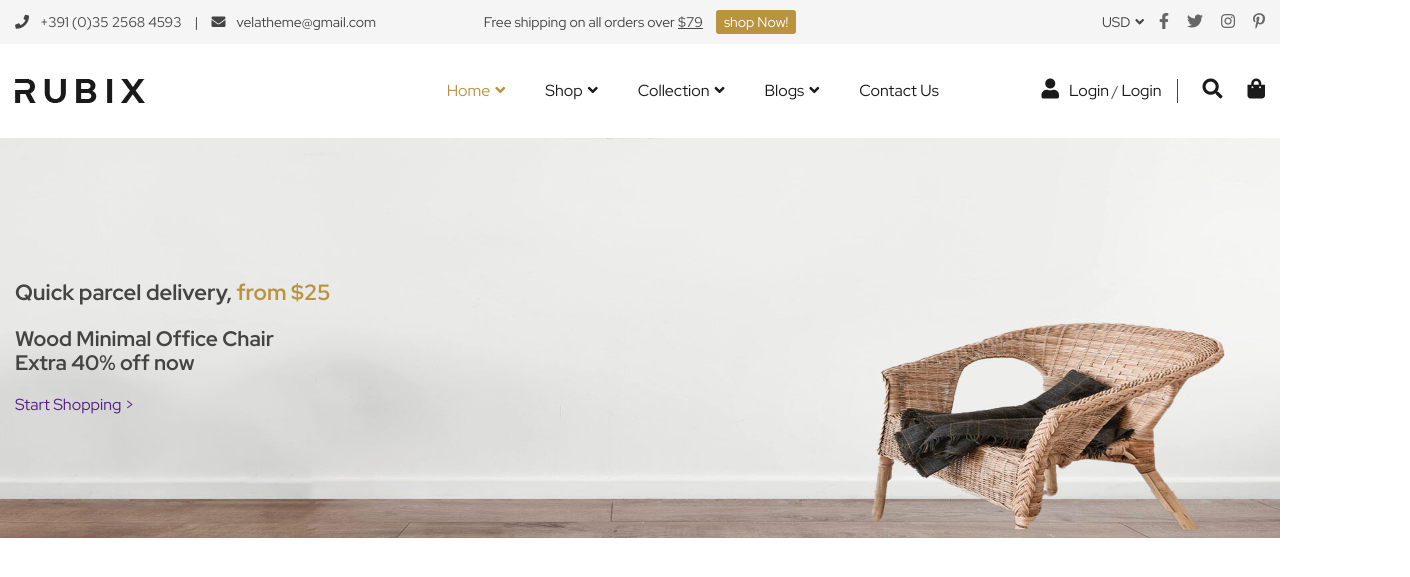
Repository: ldminh95/Gin-velademo
Page: index.html
These files come from the project's save history. The page is drawn as it stood at one moment and after the next save; the edit follows.
The browser window is 1280 px wide. The page is 1410 px wide, so the pictures cover 1410 px, including what lies to the right of the window. The pictures show the whole page.
The style sheet was rebuilt from its Sass, Less or Tailwind sources for each picture, by a compiler version that may differ from the author's.

Above is the page before, as saved 2023-05-28 11:11:47.

### index.html
<!DOCTYPE html>
<html lang="en">
<head>
    <meta charset="UTF-8">
    <meta http-equiv="X-UA-Compatible" content="IE=edge">
    <meta name="viewport" content="width=device-width, initial-scale=1.0">
    <title>velademo-rubix</title>
    <link rel="stylesheet" href="https://cdnjs.cloudflare.com/ajax/libs/font-awesome/5.15.4/css/all.min.css">
    <link rel="stylesheet" type="text/css" href="/css/style.css">
</head>
<body>
    <div class="Overview">
        <div class="headerTop box_flex">
            <div class="headerTop_box-Left col-m3 pd15">
                <i class="fas fa-phone"></i>
                +391 (0)35 2568 4593
                <span class="mr10">|</span>
                <i class="fas fa-envelope"></i>
                velatheme@gmail.com
            </div>
            <div class="headerTop_box-Center col-m3 pd15">
                Free shipping on all orders over <u>$79</u>
                <a href="#" class="bg_primary">shop Now!</a>
            </div>
            <div class="headerTop_box-Right col-m3 box_flex pd15">
                <div class="gin-currency">
                    <div class="gin-currency-title">USD<i class="fas fa-angle-down"></i></div>
                    <div class="gin-currency-dropdown">
                        <div class="currency-item active">USD</div>
                        <div class="currency-item">INR</div>
                        <div class="currency-item">GBP</div>
                        <div class="currency-item">CAD</div>
                        <div class="currency-item">AUD</div>
                        <div class="currency-item">EUR</div>
                        <div class="currency-item">JPY</div>
                    </div>
                </div>
                <div class="gin-link">
                    <a href="#" target="_blank"><i class="fab fa-facebook-f"></i></a>
                    <a href="#" target="_blank"><i class="fab fa-twitter"></i></a>
                    <a href="#" target="_blank"><i class="fab fa-instagram"></i></a>
                    <a href="#" target="_blank"><i class="fab fa-pinterest-p"></i></a>
                </div>
            </div>
        </div>
        <header class="headerMenu">
            <section class="box_flex">
                <div class="header_Left col-m3 pd15">
                    <img src="./images/logo.png" alt="">
                </div>
                <div class="header_Center col-m3 pd15">
                    <div class="gin_menu">
                        <ul class="box_flex">
                            <li class="active">
                                <a href="">Home<i class="fas fa-angle-down"></i></a>
                                <ul class="gin_menu-second">
                                    <li><a href="">Home01</a></li>
                                    <li><a href="">Home02</a></li>
                                    <li><a href="">Home03</a></li>
                                    <li><a href="">Home04</a></li>
                                    <li><a href="">Home05</a></li>
                                    <li><a href="">Home06</a></li>
                                </ul>
                            </li>
                            <li>
                                <a href="">Shop<i class="fas fa-angle-down"></i></a>
                                <ul class="gin_menu-second">
                                    <li><a href="">Home01</a></li>
                                    <li><a href="">Home02</a></li>
                                    <li><a href="">Home03</a></li>
                                    <li><a href="">Home04</a></li>
                                    <li><a href="">Home05</a></li>
                                    <li><a href="">Home06</a></li>
                                </ul>
                            </li>
                            <li>
                                <a href="">Collection<i class="fas fa-angle-down"></i></a>
                                <ul class="gin_menu-second">
                                    <li><a href="">Home01</a></li>
                                    <li><a href="">Home02</a></li>
                                    <li><a href="">Home03</a></li>
                                    <li><a href="">Home04</a></li>
                                    <li><a href="">Home05</a></li>
                                    <li><a href="">Home06</a></li>
                                </ul>
                            </li>
                            <li>
                                <a href="">Blogs<i class="fas fa-angle-down"></i></a>
                                <ul class="gin_menu-second">
                                    <li><a href="">Home01</a></li>
                                    <li><a href="">Home02</a></li>
                                    <li><a href="">Home03</a></li>
                                    <li><a href="">Home04</a></li>
                                    <li><a href="">Home05</a></li>
                                    <li><a href="">Home06</a></li>
                                </ul>
                            </li>
                            <li>
                                <a href="">Contact Us</a>
                                <ul class="gin_menu-second">
                                    <li><a href="">Home01</a></li>
                                    <li><a href="">Home02</a></li>
                                    <li><a href="">Home03</a></li>
                                    <li><a href="">Home04</a></li>
                                    <li><a href="">Home05</a></li>
                                    <li><a href="">Home06</a></li>
                                </ul>
                            </li>
                        </ul>
                    </div>
                </div>
                <div class="header_Right col-m3 pd15 box_flex">
                    <div class="header_Right-account box_flex">
                        <a href=""><i class="fas fa-user"></i></a>
                        <ul>
                            <li><a href="">Login</a></li>
                            <span>/</span>
                            <li><a href="">Login</a></li>
                        </ul>
                    </div>
                    <div class="header_Right-search">
                        <a href=""><i class="fas fa-search"></i></a>
                    </div>
                    <div class="header_Right-cart">
                        <a href=""><i class="fas fa-shopping-bag"></i></a>
                    </div>
                </div>
            </section>
        </header>
        <div class="MainContent">
            <div class="gin_slideshow">
                <div class="slide_item">
                    <div class="slide_item-bg">
                        <img src="./images/index_bg01.jpg" alt="ghế tại ginshop">
                        <div class="wrapper">
                            <div class="slide_item-content">
                                <p>Quick parcel delivery, <span>from $25</span></p>
                                <h2>Wood Minimal Office Chair<br>Extra 40% off now</h2>
                                <a href="">Start Shopping ></a>
                            </div>
                        </div>
                    </div>
                </div>
            </div>
        </div>
    </div>
</body>
</html>

### css/googleFont.css
@import url('https://fonts.googleapis.com/css2?family=Red+Hat+Display:ital,wght@0,300;0,400;0,500;0,600;0,700;0,800;0,900;1,300;1,400;1,500;1,600;1,700;1,800;1,900&display=swap');


:root {
    --f-red-hat: 'Red Hat Display', sans-serif;
}

### css/base.css
:root {
    --gin-font: 14px;
    --color-primary: #ba933e;
    --body-bg: #fff;
    --text-color-primary: #444444;
    --text-color-second: #1a1a1a;
    --text-color-banner: #666666;
    --topbar-bg-color: #f5f5f5;
    --font-icon: 'FontAwesome';
}
body {
    box-sizing: border-box;
    font-family: var(--f-red-hat);
    font-size: var(--gin-font);
    padding: 0;
    margin: 0;
    font-weight: 400;
    line-height: 24px;
    color: var(--text-color-primary);
}
a {
    font-size: calc(var(--gin-font) + 2px);
    text-decoration: none;
}
li {
    list-style-type: none;
}
ul {
    padding: 0;
    margin: 0;
}
img {
    max-width: 100%;
    display: block;
}
.box_flex {
    display: -webkit-flex;
    display: flex;
    align-items: center;
}

.col-m3 {
    width: 33.3333%;
}

/* ================================ */
/* Gin core */
/* ================================ */


/* margin */
.mr10 {
    margin: 0 10px;
}
.pd15 {
    padding: 0 15px;
}

### scss/style.scss
@import "googleFont.css";
@import "base.css";

.Overview {
    margin: 0 auto;
}

.headerTop {
    width: 100%;
    background: var(--topbar-bg-color);
    padding: 10px 0;
    &_box {
        &-Left {
            .fas {
                margin-right: 8px;
            }
        }
        &-Center {
            text-align: center;
            .bg_primary {
                background-color: var(--color-primary);
                color: #fff;
                padding: 0 8px;
                border-radius: 3px;
                margin-left: 10px;
                font-size: var(--gin-font);
                display: inline-block;
                &:hover {
                    background: #947531;
                }
            }
        }
        &-Right {
            justify-content: flex-end;
            .gin {
                &-currency {
                    position: relative;
                    cursor: pointer;
                    &-dropdown {
                        position: absolute;
                        display: none;
                        .currency-item {
                            padding: 5px 0;
                            &.active {
                                color: var(--color-primary);
                            }
                            &:hover {
                                color: var(--color-primary);
                                cursor: pointer;
                            }
                        }
                    }
                    i {
                        margin-left: 5px;
                    }
                    &:hover {
                        .gin-currency-dropdown {
                            display: block;
                            border: 1px solid rgba(0,0,0,0.15);
                            border-radius: 3px;
                            background-color: #fff;
                            padding: 5px 20px;
                            top: 100%;
                            font-size: calc(var(--gin-font) + 2px);
                            right: 0;
                            box-shadow: 0 6px 12px #0000002d;
                        }
                    }
                }
                &-link {
                    a {
                        margin-left: 15px;
                        color: var(--text-color-banner);
                        &:hover {
                            color: var(--color-primary);
                        }
                    }
                }
            }
        }
    }
}

.headerMenu {
    padding: 20px 0;
    .header {
        &_Center {
            li {
                position: relative;
                a {
                    padding: 15px 20px;
                    display: inline-block;
                    width: max-content;
                    color: var(--text-color-second);
                    i {
                        margin-left: 5px;
                    }
                }
                &.active {
                    >a {
                        color: var(--color-primary);
                    }
                }
                ul {
                    position: absolute;
                    min-width: 220px;
                    padding: 15px 25px;
                    display: block;
                    box-shadow: 0 6px 15px #0000001f;
                    z-index: 99;
                    text-align: left;
                    visibility: hidden;
                    margin-top: 50px;
                    transition: all .3s cubic-bezier(0.175, 0.885, 0.32, 1.275);
                    background-color: var(--body-bg);
                    a {
                        padding: 3px 0;
                        font-size: var(--gin-font);
                    }
                }
                &:hover {
                    ul {
                        visibility: visible;
                        margin-top: 0;
                        li {
                            &:hover {
                                a {
                                    color: var(--color-primary);
                                }
                            }
                        }
                    }
                }
            }
        }
        &_Right {
            justify-content: flex-end;
            &-account {
                padding-right: 15px;
                border-right: 1px solid var(--text-color-primary);
            }
            &-search {
                margin-left: 25px;
            }
            &-cart {
                margin-left: 25px;
            }
            i {
                font-size: calc(var(--gin-font) + 6px);
            }
            a {
                color: var(--text-color-second);
                &:hover {
                    color: var(--color-primary);
                }
            }
            li {
                display: inline-block;
            }
            ul {
                margin-left: 10px;
            }
        }
    }
}

.MainContent {
    .slide {
        &_item {
            position: relative;
            .wrapper {
               width: 1410px;
               position: absolute;
               margin: 0 auto;
               top: 0;
               left: 0;
               right: 0;
               bottom: 0;
               height: 100%;
               display: table;
               .slide_item-content {
                    padding: 0 15px;
                    display: table-cell;
                    vertical-align: middle;
                    p {
                        font-size: calc(var(--gin-font) + 8px);
                        font-weight: 700;
                        span {
                            color: var(--color-primary);
                        }
                    }
               }
            }
        }
    }
}

After the next save:
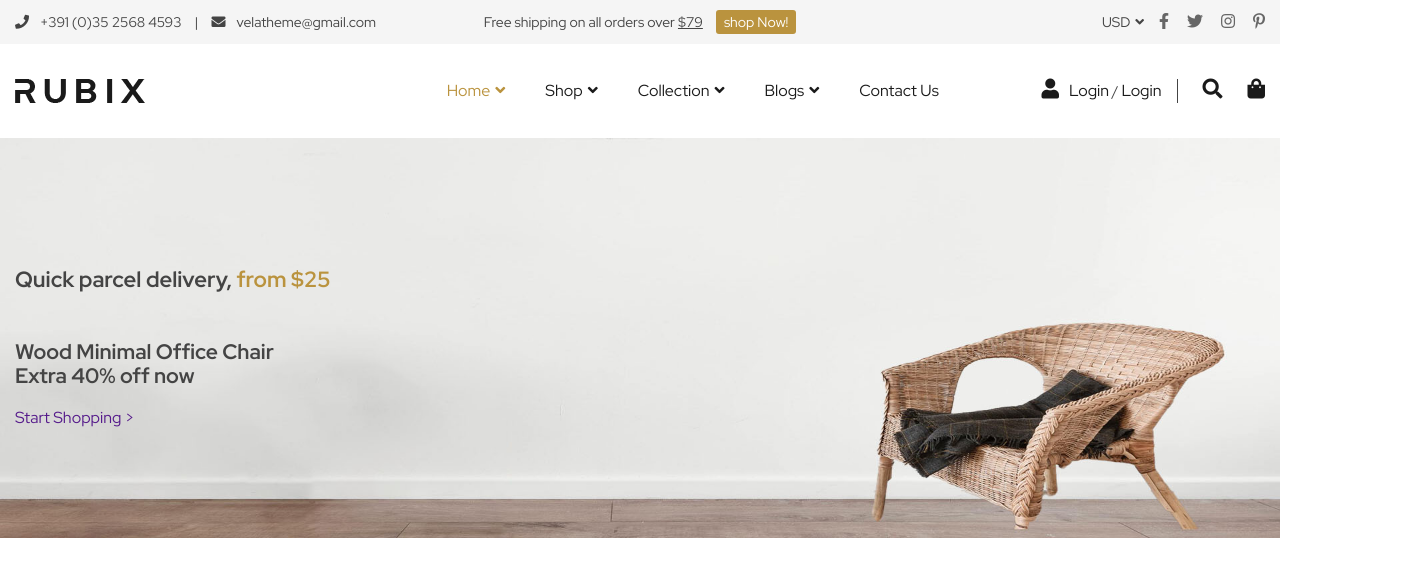
Saved 59 s later.
--- a/scss/style.scss
+++ b/scss/style.scss
@@ -185,6 +185,7 @@
                     p {
                         font-size: calc(var(--gin-font) + 8px);
                         font-weight: 700;
+                        margin-bottom: 2.2em;
                         span {
                             color: var(--color-primary);
                         }
